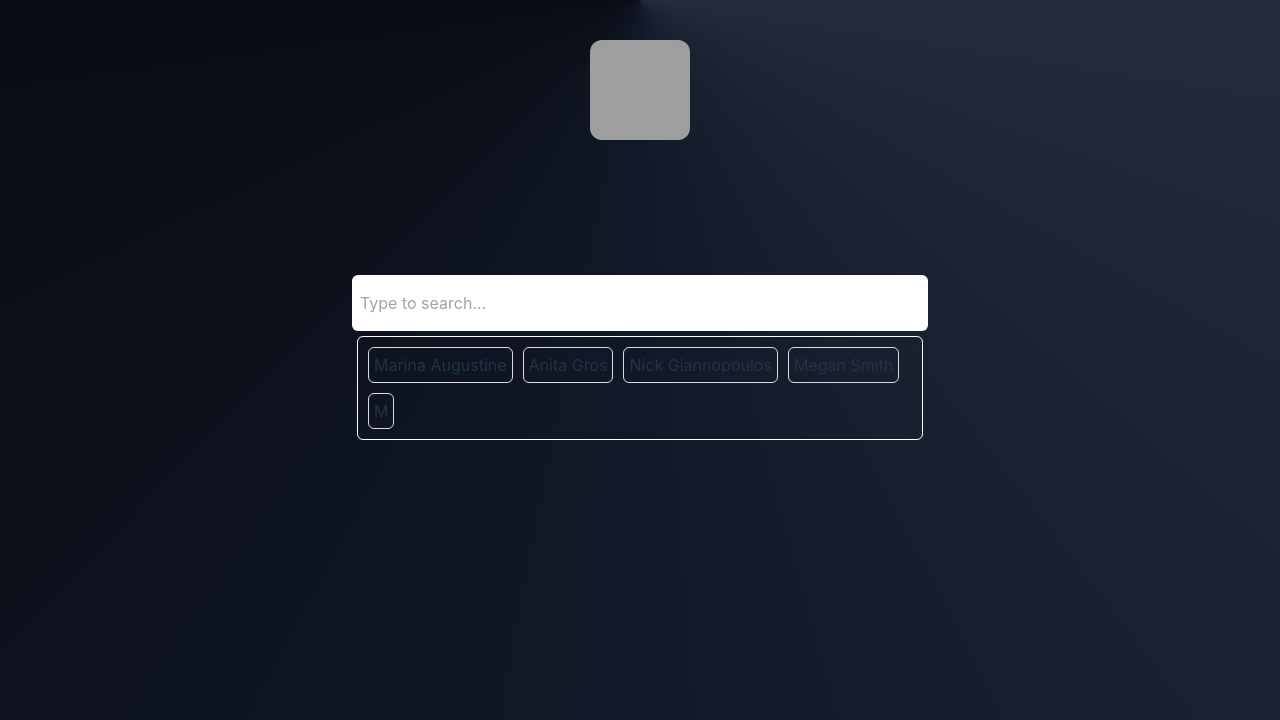
Repository: Ayansaxena24/Chip
Page: /
These files come from the project's save history. The page is drawn as it stood at one moment and after the next save; the edit follows.
The browser window is 1280 px wide. The pictures show the whole page.
Pictures or frames that could not be fetched are drawn as grey boxes. Some web libraries are served in a nearby version. The project was rebuilt for these pictures with package versions that can differ from the ones it lists, and the page was loaded fresh each time. Also part of the build but not shown: vite.config.ts, src/ChipInput.css.

Above is the page before, as saved 2024-01-16 22:17:43.

After the next save:
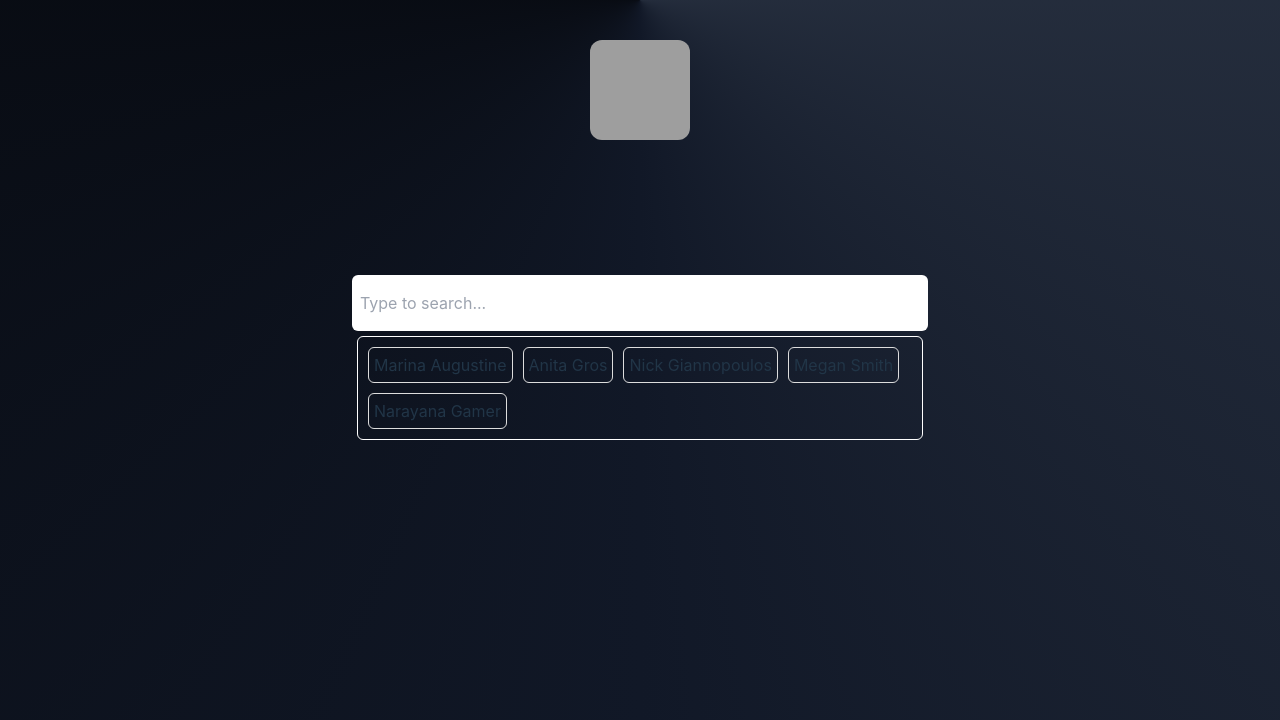
Saved 4 s later.
--- a/src/ChipInput.tsx
+++ b/src/ChipInput.tsx
@@ -19,7 +19,7 @@ const ChipInput: React.FC = () => {
     "Anita Gros",
     "Nick Giannopoulos",
     "Megan Smith",
-    "M",
+    "Narayana Gamer",
   ];
 
   useEffect(() => {
